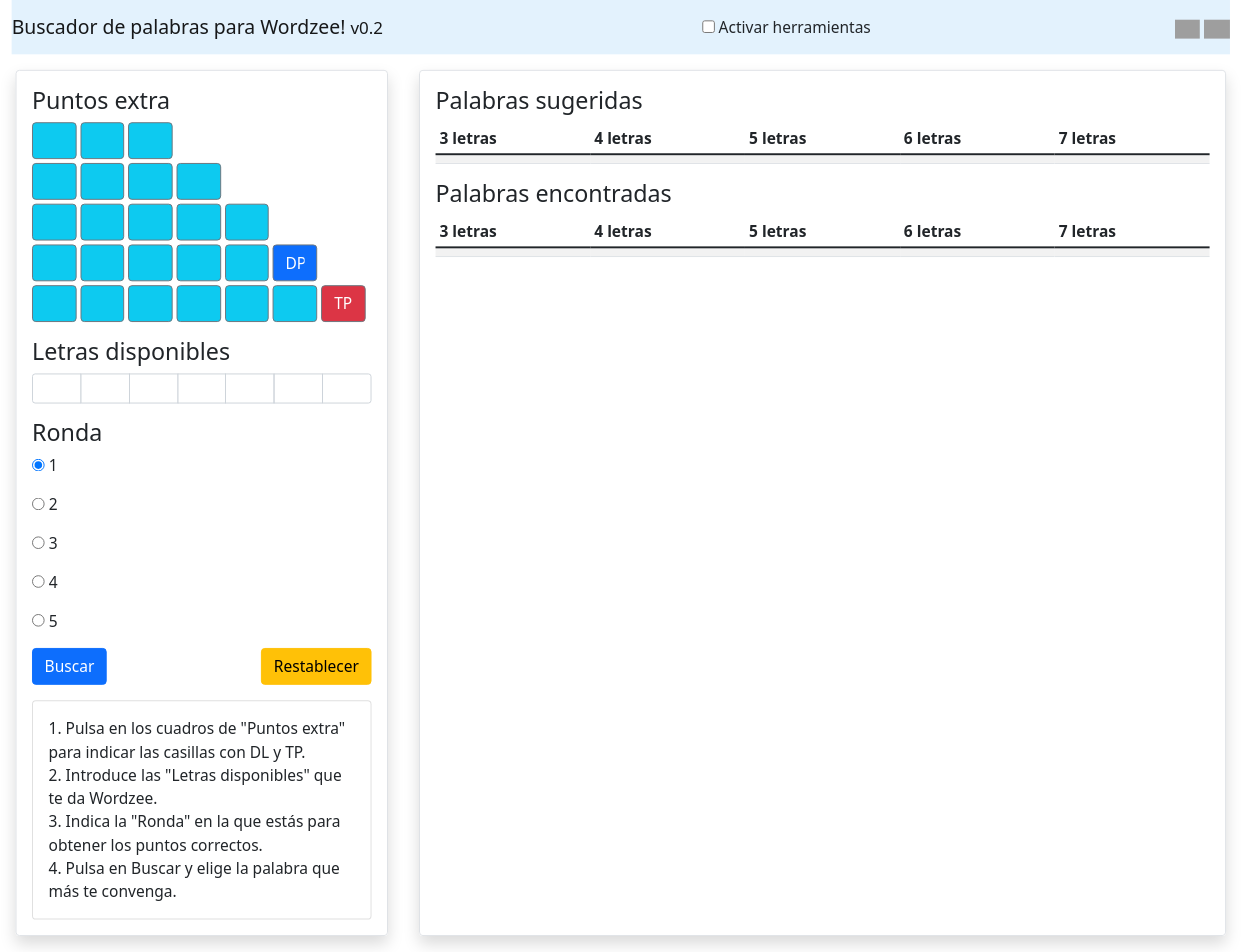
Repository: angelcafe/wordzee-bp_javascript
Page: index.html
These files come from the project's save history. The page is drawn as it stood at one moment and after the next save; the edit follows.
The browser window is 1280 px wide. The pictures show the whole page, at 97% of full size.
Pictures or frames that could not be fetched are drawn as grey boxes.

Above is the page before, as saved 2021-10-22 21:40:47.

### index.html
<!DOCTYPE html>
<html lang="es">

<head>
    <meta charset="UTF-8">
    <meta name="viewport" content="width=device-width, initial-scale=1">
    <meta http-equiv="Expires" content="0">
    <meta http-equiv="Last-Modified" content="0">
    <meta http-equiv="Cache-Control" content="no-cache, mustrevalidate">
    <meta http-equiv="Pragma" content="no-cache">
    <link rel="icon" href="favicon.ico" type="image/ico" />
    <link rel="stylesheet" href="https://cdn.jsdelivr.net/npm/bootstrap@5.1.3/dist/css/bootstrap.min.css" integrity="sha384-1BmE4kWBq78iYhFldvKuhfTAU6auU8tT94WrHftjDbrCEXSU1oBoqyl2QvZ6jIW3" crossorigin="anonymous">
    <link rel="stylesheet" href="https://cdn.jsdelivr.net/npm/bootstrap-icons@1.5.0/font/bootstrap-icons.css">
    <link rel="stylesheet" href="index.css">
    <title>Busca palabras</title>
</head>

<body>
    <div class="container-fluid pl-2 pr-2">
        <!-- Cabecera -->
        <nav class="navbar navbar-light" style="background-color: #e3f2fd;">
            <span class="navbar-brand">Buscador de palabras para Wordzee! <small>v0.2</small></span>
            <div class="custom-control custom-switch custom-control-inline">
                <input class="custom-control-input" type="checkbox" id="idActivarHerramientas">
                <label class="custom-control-label" for="idActivarHerramientas">Activar herramientas</label>
            </div>
            <span class="navbar-text">
                <a href="https://www.facebook.com/BuscaPalabras-para-Wordzee-106324508497974" target="_blank"><img src="https://upload.wikimedia.org/wikipedia/commons/5/51/Facebook_f_logo_%282019%29.svg" height="20"></a>
                <a href="https://t.me/buscadorwordzee" target="_blank"><img src="https://upload.wikimedia.org/wikipedia/commons/thumb/8/83/Telegram_2019_Logo.svg/2048px-Telegram_2019_Logo.svg.png" height="20"></a>
            </span>
        </nav>
        <div class="row">
            <!-- Puntos extra -->
            <div id="idPuntosExtra" class="col border shadow rounded m-3 p-3">
                <form name="principal" id="principal" method="POST">
                    <h4>Puntos extra</h4>
                    <div class="p-0 mb-1">
                        <input type="text" name="pal3let1" id="pal3let1" class="btn btn-secondary info" value="" readonly>
                        <input type="text" name="pal3let2" id="pal3let2" class="btn btn-secondary info" value="" readonly>
                        <input type="text" name="pal3let3" id="pal3let3" class="btn btn-secondary info" value="" readonly>
                    </div>
                    <div class="p-0 mb-1">
                        <input type="text" name="pal4let1" id="pal4let1" class="btn btn-secondary info" value="" readonly>
                        <input type="text" name="pal4let2" id="pal4let2" class="btn btn-secondary info" value="" readonly>
                        <input type="text" name="pal4let3" id="pal4let3" class="btn btn-secondary info" value="" readonly>
                        <input type="text" name="pal4let4" id="pal4let4" class="btn btn-secondary info" value="" readonly>
                    </div>
                    <div class="p-0 mb-1">
                        <input type="text" name="pal5let1" id="pal5let1" class="btn btn-secondary info" value="" readonly>
                        <input type="text" name="pal5let2" id="pal5let2" class="btn btn-secondary info" value="" readonly>
                        <input type="text" name="pal5let3" id="pal5let3" class="btn btn-secondary info" value="" readonly>
                        <input type="text" name="pal5let4" id="pal5let4" class="btn btn-secondary info" value="" readonly>
                        <input type="text" name="pal5let5" id="pal5let5" class="btn btn-secondary info" value="" readonly>
                    </div>
                    <div class="p-0 mb-1">
                        <input type="text" name="pal6let1" id="pal6let1" class="btn btn-secondary info" value="" readonly>
                        <input type="text" name="pal6let2" id="pal6let2" class="btn btn-secondary info" value="" readonly>
                        <input type="text" name="pal6let3" id="pal6let3" class="btn btn-secondary info" value="" readonly>
                        <input type="text" name="pal6let4" id="pal6let4" class="btn btn-secondary info" value="" readonly>
                        <input type="text" name="pal6let5" id="pal6let5" class="btn btn-secondary info" value="" readonly>
                        <input type="text" name="pal6let6" id="pal6let6" class="btn btn-secondary info" value="" readonly>
                    </div>
                    <div class="p-0 mb-3">
                        <input type="text" name="pal7let1" id="pal7let1" class="btn btn-secondary info" value="" readonly>
                        <input type="text" name="pal7let2" id="pal7let2" class="btn btn-secondary info" value="" readonly>
                        <input type="text" name="pal7let3" id="pal7let3" class="btn btn-secondary info" value="" readonly>
                        <input type="text" name="pal7let4" id="pal7let4" class="btn btn-secondary info" value="" readonly>
                        <input type="text" name="pal7let5" id="pal7let5" class="btn btn-secondary info" value="" readonly>
                        <input type="text" name="pal7let6" id="pal7let6" class="btn btn-secondary info" value="" readonly>
                        <input type="text" name="pal7let7" id="pal7let7" class="btn btn-secondary info" value="" readonly>
                    </div>
                    <h4>Letras disponibles</h4>
                    <div class="input-group input-group-sm mb-3" id="letras">
                        <input name="letra1" id="idLetra1" type="text" size="1" maxlength="1" autocomplete="off" required="required" class="form-control text-uppercase" value="">
                        <input name="letra2" id="idLetra2" type="text" size="1" maxlength="1" autocomplete="off" required="required" class="form-control text-uppercase" value="">
                        <input name="letra3" id="idLetra3" type="text" size="1" maxlength="1" autocomplete="off" required="required" class="form-control text-uppercase" value="">
                        <input name="letra4" id="idLetra4" type="text" size="1" maxlength="1" autocomplete="off" required="required" class="form-control text-uppercase" value="">
                        <input name="letra5" id="idLetra5" type="text" size="1" maxlength="1" autocomplete="off" required="required" class="form-control text-uppercase" value="">
                        <input name="letra6" id="idLetra6" type="text" size="1" maxlength="1" autocomplete="off" required="required" class="form-control text-uppercase" value="">
                        <input name="letra7" id="idLetra7" type="text" size="1" maxlength="1" autocomplete="off" required="required" class="form-control text-uppercase" value="">
                    </div>
                    <h4>Ronda</h4>
                    <div class="custom-control custom-radio custom-control-inline mb-3">
                        <input type="radio" id="idRonda1" name="ronda" value="1" class="custom-control-input" checked>
                        <label class="custom-control-label" for="idRonda1">1</label>
                    </div>
                    <div class="custom-control custom-radio custom-control-inline mb-3">
                        <input type="radio" id="idRonda2" name="ronda" value="2" class="custom-control-input">
                        <label class="custom-control-label" for="idRonda2">2</label>
                    </div>
                    <div class="custom-control custom-radio custom-control-inline mb-3">
                        <input type="radio" id="idRonda3" name="ronda" value="3" class="custom-control-input">
                        <label class="custom-control-label" for="idRonda3">3</label>
                    </div>
                    <div class="custom-control custom-radio custom-control-inline mb-3">
                        <input type="radio" id="idRonda4" name="ronda" value="4" class="custom-control-input">
                        <label class="custom-control-label" for="idRonda4">4</label>
                    </div>
                    <div class="custom-control custom-radio custom-control-inline mb-3">
                        <input type="radio" id="idRonda5" name="ronda" value="5" class="custom-control-input">
                        <label class="custom-control-label" for="idRonda5">5</label>
                    </div>
                    <div class="btn-toolbar justify-content-between mt-1">
                        <button type="submit" class="btn btn-primary">Buscar</button>
                        <button type="button" onclick="restablecer()" class="btn btn-warning">Restablecer</button>
                    </div>
                </form>
                <div class="card mt-3">
                    <div class="card-body">
                        1. Pulsa en los cuadros de "Puntos extra" para indicar las casillas con DL y TP.
                        <br>
                        2. Introduce las "Letras disponibles" que te da Wordzee.
                        <br>
                        3. Indica la "Ronda" en la que estás para obtener los puntos correctos.
                        <br>
                        4. Pulsa en Buscar y elige la palabra que más te convenga.
                    </div>
                </div>
            </div>
            <!-- Herramientas -->
            <div id="idHerramientas" class="herramientas d-none border col m-3 p-3 shadow rounded">
                <h4>Herramientas</h4>
                <form class="row">
                    <div class="col">Palabra nueva:</div>
                    <div class="col">
                        <input name="palabraGuardar" id="palabraGuardar" type="text" minlength="3" maxlength="7" autocomplete="off" required="required" class="form-control text-uppercase" value="">
                    </div>
                    <div class="col">
                        <button id="idGuardar" type="button" class="btn btn-primary">Guardar</button>
                    </div>
                </form>
                <form class="row mt-3">
                    <div class="col">Borrar palabra:</div>
                    <div class="col">
                        <input name="palabraBorrar" id="palabraBorrar" type="text" minlength="3" maxlength="7" autocomplete="off" required="required" class="form-control text-uppercase" value="">
                    </div>
                    <div class="col">
                        <button id="idBorrar" type="button" class="btn btn-danger">Borrar</button>
                    </div>
                </form>
                <form class="row mt-3">
                    <div class="col">Exportar JSON:</div>
                    <div class="col"></div>
                    <div class="col">
                        <button type="button" onclick="palabras.exportar()" class="btn btn-primary">Exportar</button>
                    </div>
                </form>
                <form class="row mt-3">
                    <div class="col">Importar JSON:</div>
                    <div class="col custom-file">
                        <input type="file" class="custom-file-input" accept=".json" id="formFile" required="required">
                        <label class="custom-file-label" for="formFile" data-browse="Elegir"></label>
                    </div>
                    <div class="col input-group-append">
                        <button type="button" class="btn btn-warning" onclick="palabras.importar()">Importar</button>
                    </div>
                </form>
            </div>
            <div class="border col m-3 p-3 shadow rounded">
                <!-- Palabras sugeridas -->
                <h4>Palabras sugeridas</h4>
                <table class="table table-sm table-striped table-hover">
                    <thead>
                        <tr>
                            <th>3 letras</th>
                            <th>4 letras</th>
                            <th>5 letras</th>
                            <th>6 letras</th>
                            <th>7 letras</th>
                        </tr>
                    </thead>
                    <tbody>
                        <tr>
                            <td class="noselect"></td>
                            <td class="noselect"></td>
                            <td class="noselect"></td>
                            <td class="noselect"></td>
                            <td class="noselect"></td>
                        </tr>
                    </tbody>
                </table>
                <!-- Palabras encontradas -->
                <h4>Palabras encontradas</h4>
                <table class="table table-sm table-striped table-hover">
                    <thead>
                        <tr>
                            <th>3 letras</th>
                            <th>4 letras</th>
                            <th>5 letras</th>
                            <th>6 letras</th>
                            <th>7 letras</th>
                        </tr>
                    </thead>
                    <tbody>
                        <tr>
                            <td class="menu palenc noselect"></td>
                            <td class="menu palenc noselect"></td>
                            <td class="menu palenc noselect"></td>
                            <td class="menu palenc noselect"></td>
                            <td class="menu palenc noselect"></td>
                        </tr>
                    </tbody>
                </table>
            </div>
        </div>
    </div>
    <div id="modalAlert" class="modal fade" tabindex="-1">
        <div class="modal-dialog">
            <div class="modal-content">
                <div class="modal-header">
                    <h5 class="modal-title"></h5>
                    <button type="button" class="close" data-dismiss="modal" aria-label="Close"></button>
                </div>
                <div class="modal-body">
                    <p>Importación finalizada.</p>
                </div>
                <div class="modal-footer">
                    <button type="button" class="close" data-dismiss="modal" aria-label="Cerrar">
                        <span aria-hidden="true">&times;</span>
                    </button>
                </div>
            </div>
        </div>
    </div>
    <div id="menu">
        <div>
            <i class="bi bi-eraser-fill"></i> Borrar <span id="idBorrarPalabra"></span> de la Base de Datos
        </div>
    </div>
    <script src="https://cdn.jsdelivr.net/npm/bootstrap@5.1.3/dist/js/bootstrap.bundle.min.js" integrity="sha384-ka7Sk0Gln4gmtz2MlQnikT1wXgYsOg+OMhuP+IlRH9sENBO0LRn5q+8nbTov4+1p" crossorigin="anonymous"></script>
    <script src="index.js"></script>
</body>

</html>

### index.css
.btn-secondary {
    width: 13%;
}
.info {
    background-color: #0dcaf0;
}
.noselect {
    -webkit-touch-callout: none; /* iOS Safari */
    -webkit-user-select: none; /* Safari */
    -khtml-user-select: none; /* Konqueror HTML */
    -moz-user-select: none; /* Firefox */
    -ms-user-select: none; /* Internet Explorer/Edge */
    user-select: none; /* Non-prefixed version, currently
                        supported by Chrome and Opera */
}
.palenc {
    cursor: pointer;
}
.rosa {
    background-color: pink;
}
#idPuntosExtra {
    max-width: 24em;
    min-width: 24em;
}
.herramientas {
    max-width: 26em;
    min-width: 24em;
}
#idBorrarPalabra,
#idBotonBuscaPalabras {
    cursor: pointer;
}
#menu {
    position: absolute;
    display: none;
    padding: 0px;
    font-family: sans-serif;
    font-size: 15px;
    background: #fff;
    color: #555;
    border: 1px solid #C6C6C6;
    -webkit-transition: opacity .5s ease-in-out;
    -moz-transition: opacity .5s ease-in-out;
    transition: opacity .5s ease-in-out;
    -webkit-box-shadow: 2px 2px 2px 0px rgba(143, 144, 145, 1);
    -moz-box-shadow: 2px 2px 2px 0px rgba(143, 144, 145, 1);
    box-shadow: 2px 2px 2px 0px rgba(143, 144, 145, 1);
}
#menu div {
    display: block;
    color: #555;
    text-decoration: none;
    padding: 6px 8px 6px 8px;
    width: 294px;
    position: relative;
}
#menu div img,
#menu div i.fa {
    height: 20px;
    font-size: 17px;
    width: 20px;
    position: absolute;
    left: 5px;
    top: 2px;
}
#menu span:hover {
    color: #fff;
    background: #69a0f1;
}
#menu span {
    font-weight: bold;
}

Loaded but not shown: index.js (204 lines, source omitted)

After the next save:
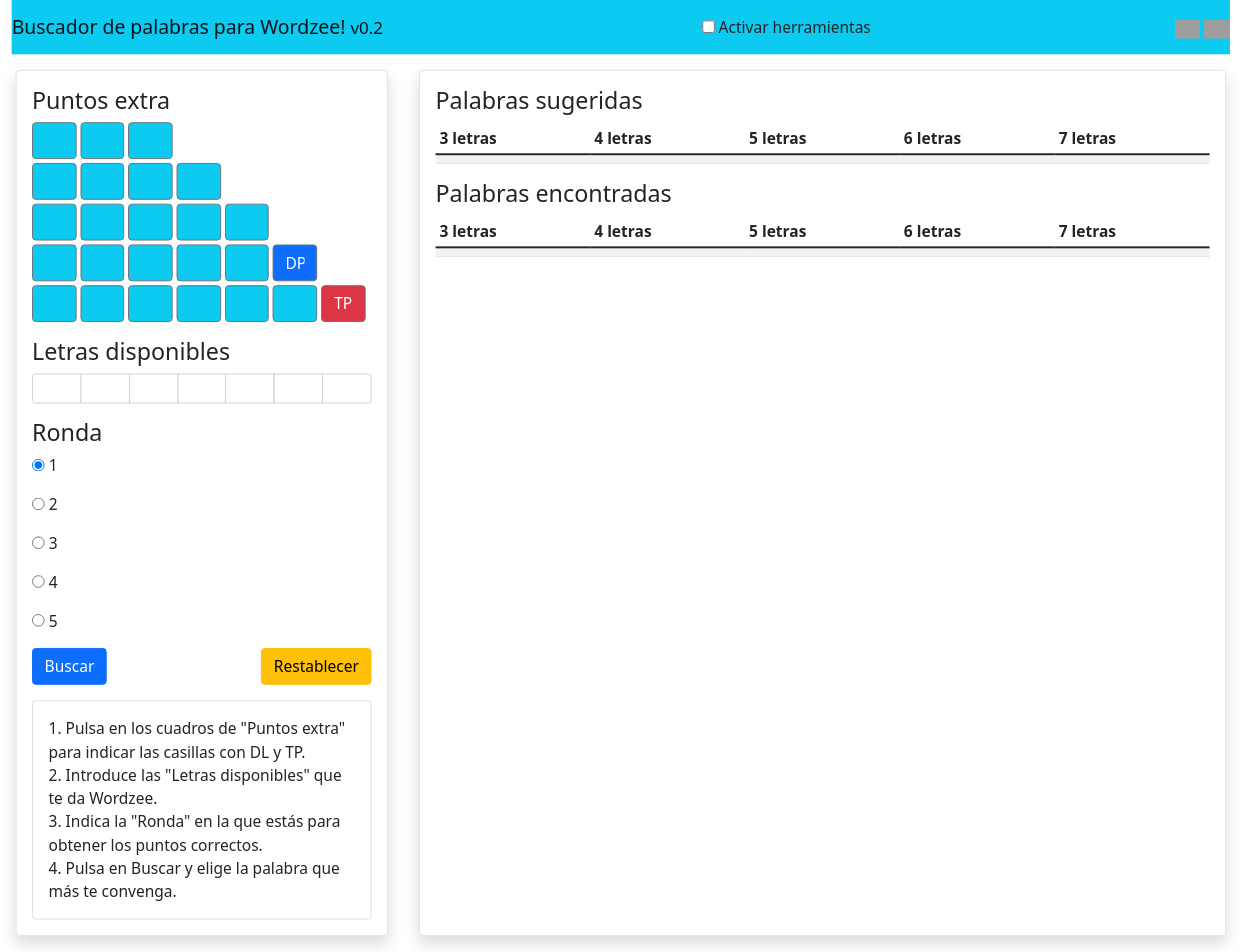
Saved 3 min 17 s later.
--- a/index.html
+++ b/index.html
@@ -18,7 +18,7 @@
 <body>
     <div class="container-fluid pl-2 pr-2">
         <!-- Cabecera -->
-        <nav class="navbar navbar-light" style="background-color: #e3f2fd;">
+        <nav class="navbar navbar-light bg-info">
             <span class="navbar-brand">Buscador de palabras para Wordzee! <small>v0.2</small></span>
             <div class="custom-control custom-switch custom-control-inline">
                 <input class="custom-control-input" type="checkbox" id="idActivarHerramientas">
